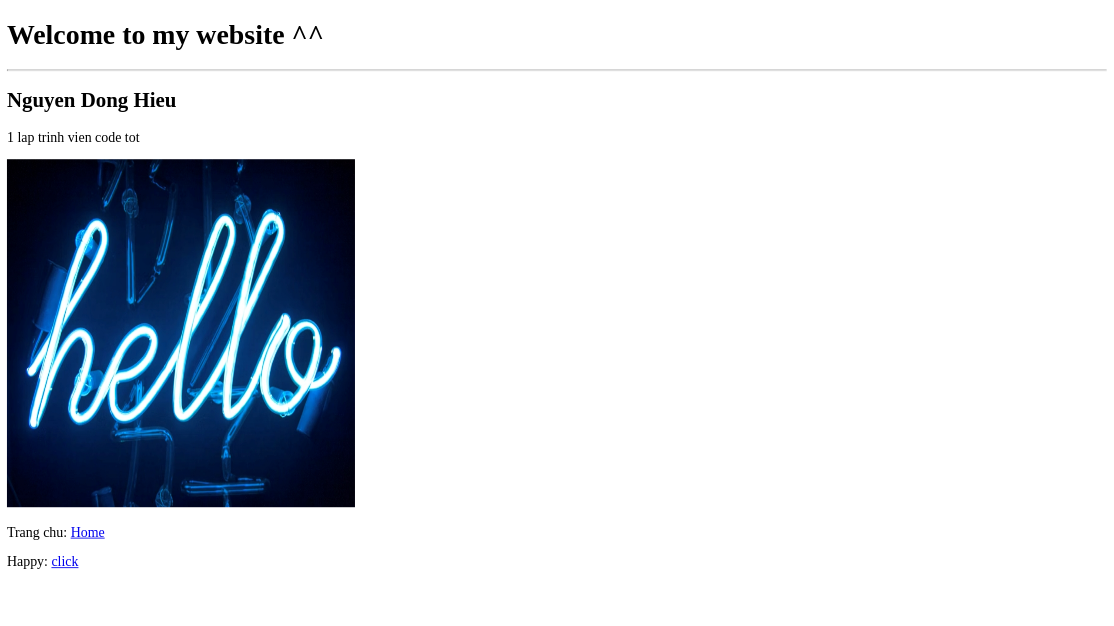
Repository: nguyendonghieu1011-png/project2
Page: more-info/index.html
An editor plug-in stored every save of this project. The page is shown before and after the next save, followed by the edit.
The browser window is 1280 px wide. The pictures show the whole page, at 87% of full size.

Above is the page before, as saved 2025-11-05 22:22:48.

### more-info/index.html
<!DOCTYPE html>
<html lang="en">
  <head>
    <meta charset="UTF-8" />
    <meta name="viewport" content="width=device-width, initial-scale=1.0" />
    <title>Hello</title>
  </head>
  <body>
    <h1>Welcome to my website ^^</h1>
    <hr />

    <h2>Nguyen Dong Hieu</h2>
    <p>1 lap trinh vien code tot</p>
    <img src="../img/hello.jpg" width="400px" height="400px" /> <br />

    <!-- 1. điều hướng đến trang chủ -->
    <p>
      Trang chu:
      <a href="/more-info/index.html">Home</a>
    </p>
    <!-- 2. điều hướng đến happy.html -->
    <p>
      Happy:
      <a href="/more-info/happy.html">click</a>
    </p>

    <!--  -->
  </body>
</html>

After the next save:
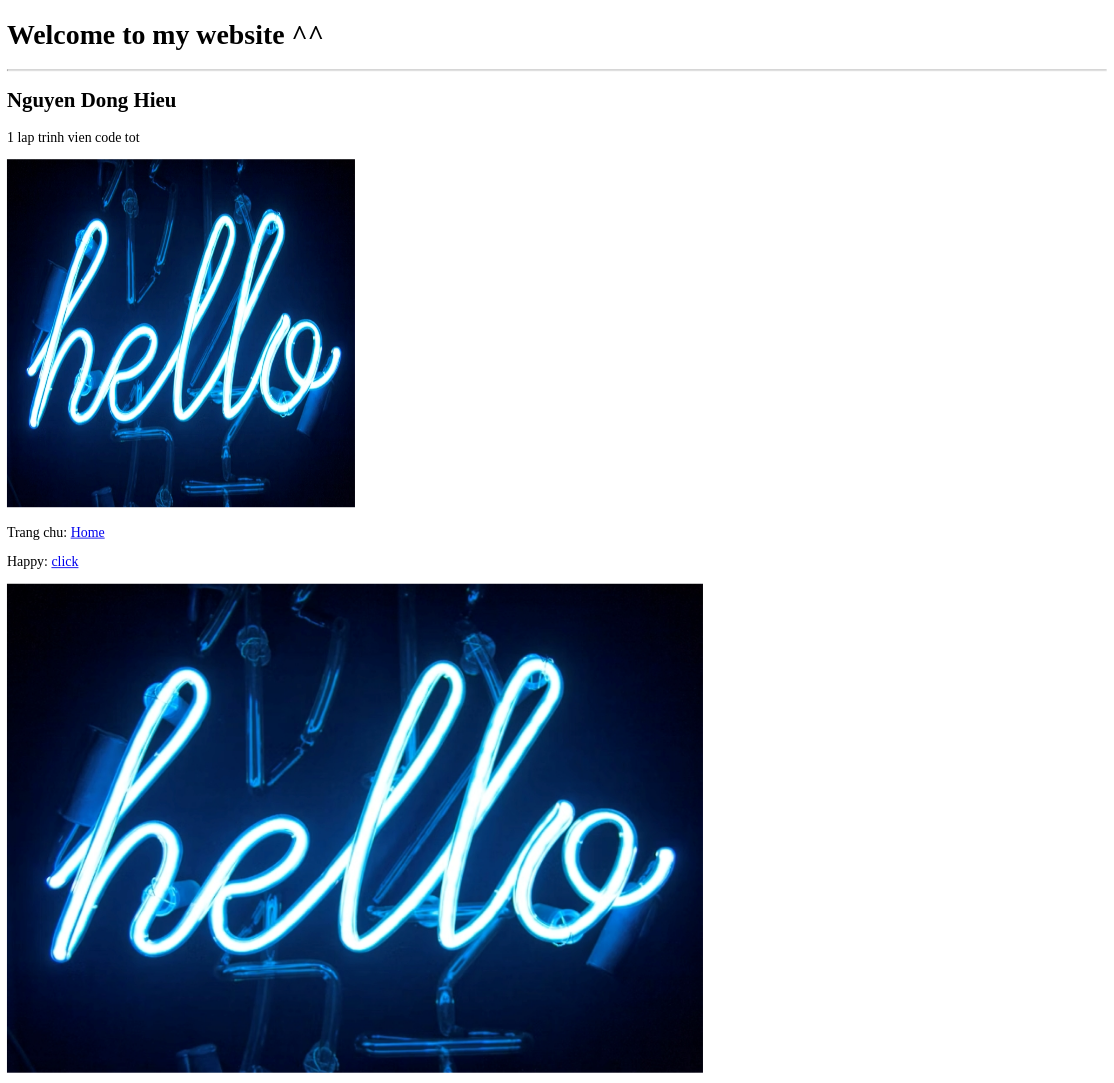
Saved 2 min 46 s later.
--- a/more-info/index.html
+++ b/more-info/index.html
@@ -24,6 +24,9 @@
       <a href="/more-info/happy.html">click</a>
     </p>
 
-    <!--  -->
+    <!-- 3.bấm vào ảnh hello -> chuyển hướng đến happy.html -->
+    <a href="/more-info/happy.html">
+      <img src="../img/hello.jpg" />
+    </a>
   </body>
 </html>
